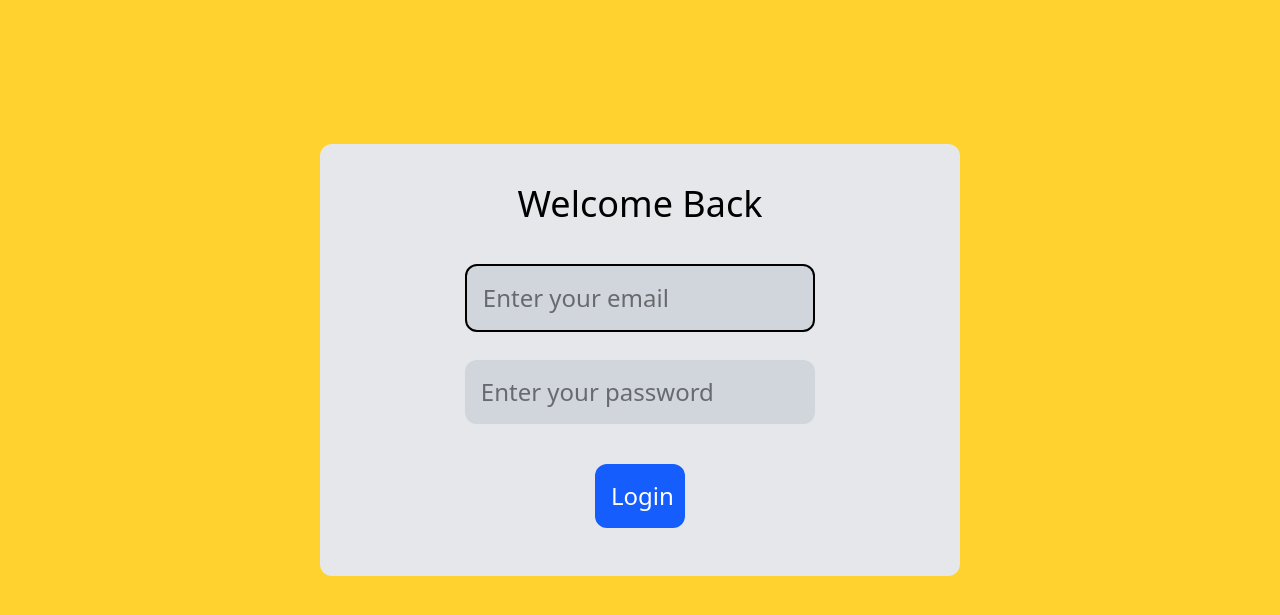
Repository: Habeebur1493/React-App
Page: /
An editor plug-in stored every save of this project. The page is shown before and after the next save, followed by the edit.
The browser window is 1280 px wide. The pictures show the whole page.
The page's requests for data from a server got no answer. The project was rebuilt for these pictures with package versions that can differ from the ones it lists, and the page was loaded fresh each time. No one was signed in, and anything a server would have sent is missing. Also part of the build but not shown: vite.config.js, src/Components/Nav.jsx, src/Components/Loading.jsx, src/Components/Home.jsx, src/Components/Details.jsx, src/Components/Addproducts.jsx, src/Components/ShowProducts.jsx.

Above is the page before, as saved 2025-02-05 15:41:29.

### index.html
<!doctype html>
<html lang="en">
  <head>
    <meta charset="UTF-8" />
    <meta name="viewport" content="width=device-width, initial-scale=1.0" />
    <title>Project</title>
  </head>
  <body>
    <div id="root"></div>
    <script type="module" src="/src/main.jsx"></script>
  </body>
</html>

### src/main.jsx
import React, { StrictMode } from "react";
import { createRoot } from "react-dom/client";
import App from "./App.jsx";
import { BrowserRouter } from "react-router-dom";
import Context from "./Components/utils/Context.jsx";
import { ToastContainer } from "react-toastify";

createRoot(document.getElementById("root")).render(
 <StrictMode>
   <Context>
    <BrowserRouter>
      <App />
      <ToastContainer />
    </BrowserRouter>
    </Context>
 </StrictMode>

);

### src/App.jsx
import React, { useState } from "react";
import "./App.css";
import { Route, Routes } from "react-router-dom";
import Login from "./Components/Login.jsx";
import Home from "./Components/Home.jsx";
import Details from "./Components/Details.jsx";
import Addproducts from "./Components/Addproducts.jsx";
import ShowProducts from "./Components/ShowProducts.jsx";

const App = () => {
  const [selectedProduct, setSelectedProduct] = useState(null);

  return (
    <div className='h-screen w-screen flex'>
      <Routes>
        <Route path='/' element={<Login />} />
        <Route path='/Home' element={<Home />} />
        <Route path='/add-products' element={<Addproducts />} />
        <Route path='/details/:id' element={<Details />} />
        <Route path='/show-products'element={<ShowProducts
              setSelectedProduct={setSelectedProduct}
              selectedProduct={selectedProduct}
            />
          }
        />
      </Routes>
    </div>
  );
};

export default App;

### src/Components/utils/Context.jsx
import React, { createContext, useEffect, useState } from "react";
import axios from "axios";

export const ProductContext = createContext();

const Context = ({children}) => {
  const [products, setproducts] = useState([]);

  const getproducts = async () => {
    try {
      const { data } = await axios.get("https://fakestoreapi.com/products");
      setproducts(data);
    } catch (error) {
      console.log( "Error Fetching products"  ,error);
    }
  };

  useEffect(() => {
    getproducts();
  }, []);

  return (
    <ProductContext.Provider value={{products, setproducts}}>
      {children}
    </ProductContext.Provider>
  );
};

export default Context;

### src/Components/Login.jsx
import React, { useEffect, useState } from "react";
import { useNavigate } from "react-router-dom";

const Login = () => {
  const [email, setEmail] = useState("");
  const [password, setPassword] = useState("");

  const navigate = useNavigate();

  useEffect(() => {
    const auth = localStorage.getItem("user");
    if (auth) {
      navigate("/");
    }
  }, [navigate]);

  const login = async () => {
    let result = await fetch("https://reqres.in/api/login", {
      method: "post",
      body: JSON.stringify({ email, password }),
      headers: {
        "Content-Type": "application/json",
        Accept: "application/json",
      },
    });
    result = await result.json();
    console.log(result);

    if (result.token) {
      localStorage.setItem("user", JSON.stringify(email));
      localStorage.setItem("token", JSON.stringify(result.token));
      navigate("/Home");
      } else{
        alert("Please enter correct details")
      }
  }

  return (
      <div className="w-full h-screen flex justify-center items-center bg-amber-300 ">
        <div className="w-[50%] h-[60%] p-5 bg-gray-200 flex-col flex items-center gap-3 rounded-xl">
          <h1 className="text-4xl font semibold mt-5 mb-5">Welcome Back</h1>

          <div className="w-full flex justify-center items-center flex-col gap-3">
            <div className="w-full flex justify-center items-center p-2 rounded-xl gap-2">
              <input
                onChange={(e) => setEmail(e.target.value)}
                type="email"
                placeholder="Enter your email"
                className="bg-gray-300 w-[60%] border-2 p-4 rounded-xl text-2xl"
              />
            </div>
            <div className="w-full flex justify-center items-center bg- gray-800 p-2 rounded-xl gap-2">
              <input
                onChange={(e) => setPassword(e.target.value)}
                type="password"
                placeholder="Enter your password"
                className="bg-gray-300 w-[60%]  p-4 rounded-xl text-2xl"
              />
            </div>
            <button
              onClick={login}
              className="w-[15%] p-4 bg-blue-600 text-white text-2xl rounded-xl mt-5 cursor-pointer"
            >
              Login
            </button>
          </div>
        </div>
      </div>
  );
};

export default Login;

Loaded but not shown: src/App.css (common file)

After the next save:
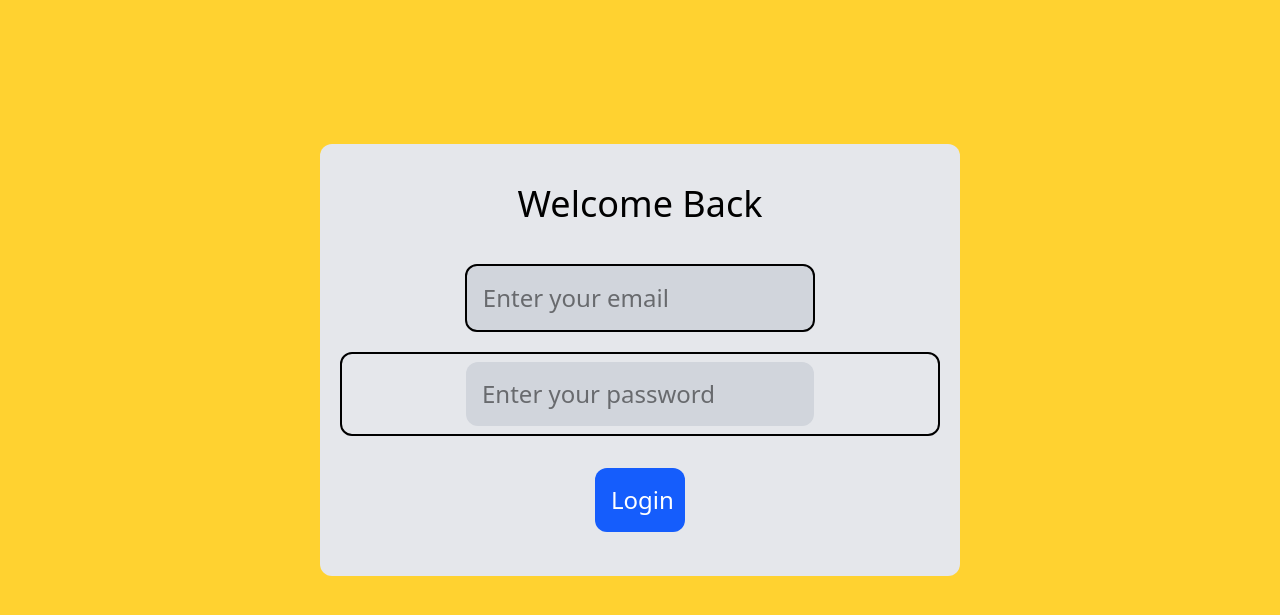
Saved 7 s later.
--- a/src/Components/Login.jsx
+++ b/src/Components/Login.jsx
@@ -49,7 +49,7 @@ const Login = () => {
                 className="bg-gray-300 w-[60%] border-2 p-4 rounded-xl text-2xl"
               />
             </div>
-            <div className="w-full flex justify-center items-center bg- gray-800 p-2 rounded-xl gap-2">
+            <div className="w-full flex justify-center border-2 items-center bg- gray-800 p-2 rounded-xl gap-2">
               <input
                 onChange={(e) => setPassword(e.target.value)}
                 type="password"
